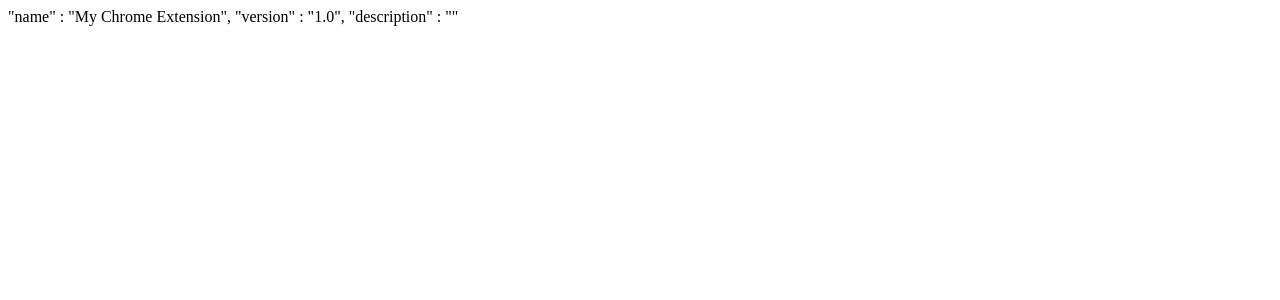
Repository: KSGit47/Chrome_Extension_cricScore
Page: index.html
An editor plug-in stored every save of this project. The page is shown before and after a run of saves, followed by the edit.
The browser window is 1280 px wide. The pictures show the whole page.

Above is the page before, as saved 2023-07-05 02:44:20.

After the next 15 saves:
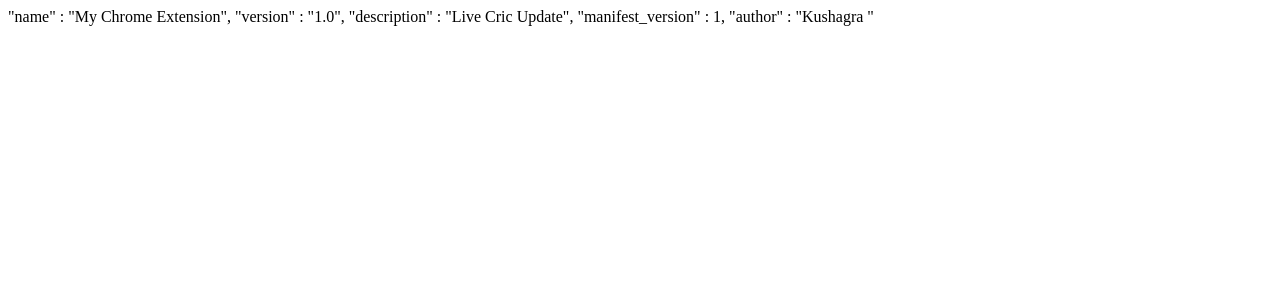
The 15 saves are shown as one change because they came seconds apart.
The last was saved 37 s later.
--- a/index.html
+++ b/index.html
@@ -7,6 +7,8 @@
     <body>
         "name" : "My Chrome Extension",
         "version" : "1.0",
-        "description" : ""
+        "description" : "Live Cric Update",
+        "manifest_version" : 1,
+        "author" : "Kushagra "
     </body>
 </html>
